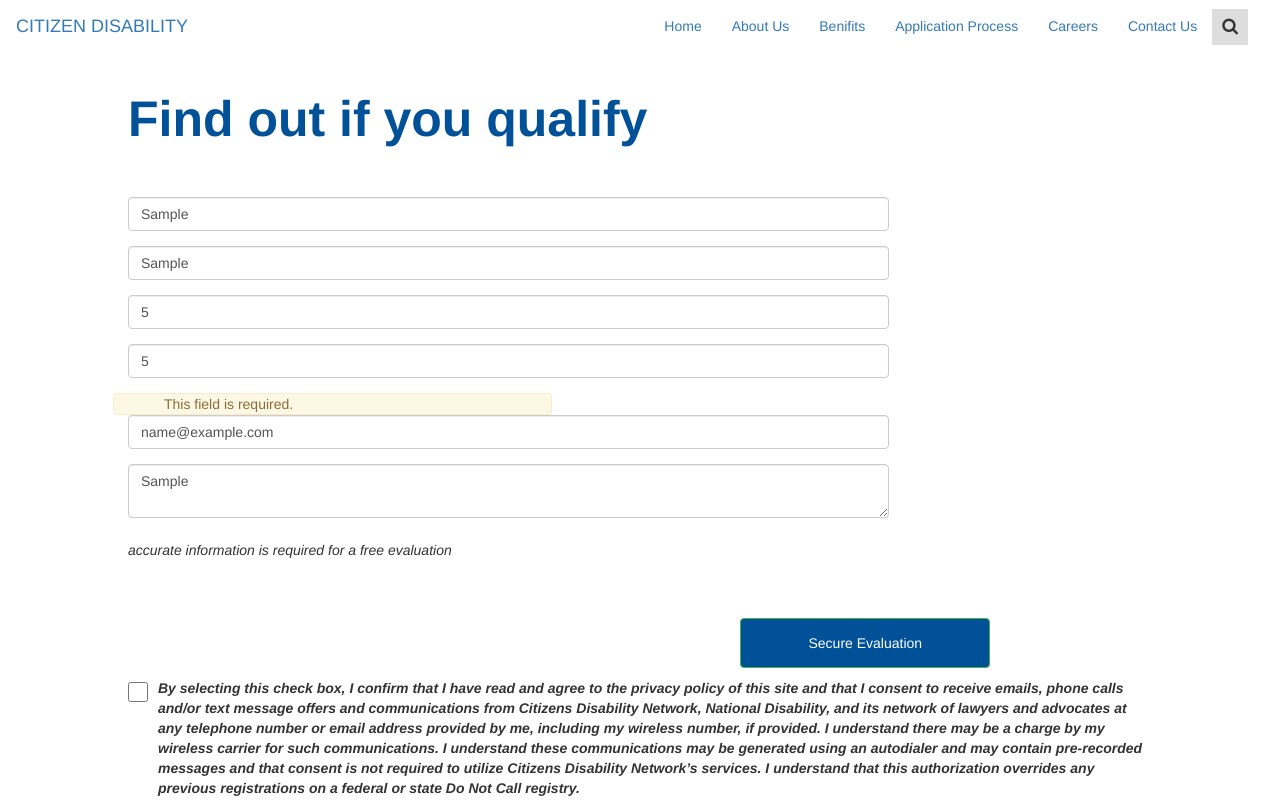
Repository: welcome0605/Embed-html-integrate-with-API
Page: Home1.html
The author's editor kept a copy of each file at every save. The page is drawn from the files as they stood at one save, then again after the next save.
The browser window is 1280 px wide. The pictures show the whole page.
Empty fields were first filled with sample values (such as "Sample", 5 or name@example.com).
After loading, the first visible `input.btn_sub` was clicked once.

Above is the page before, as saved 2019-05-04 06:48:31.

### Home1.html
<!DOCTYPE html>
<html lang="en">
<head>
  <title>CITIZEN DISABILITY</title>
  <meta charset="utf-8">
  <meta name="viewport" content="width=device-width, initial-scale=1">
  <link rel="stylesheet" href="https://maxcdn.bootstrapcdn.com/bootstrap/3.4.0/css/bootstrap.min.css">
  <script src="https://ajax.googleapis.com/ajax/libs/jquery/3.3.1/jquery.min.js"></script>
  <script src="https://maxcdn.bootstrapcdn.com/bootstrap/3.4.0/js/bootstrap.min.js"></script>
  <link rel = "stylesheet" type = "text/css" href = "./css/base1.css" />
  <link rel="stylesheet" href="https://cdnjs.cloudflare.com/ajax/libs/font-awesome/4.7.0/css/font-awesome.min.css">
  <script type="text/javascript">
    var apiUrl = "";
    // console.log( localStorage.getItem("dqq"));
    flagCount = 0;
    flag = true;
    var firstname, lastname, zip, ph1, age, email;
    var ip="";
    function firstNameChange() {
        firstname = document.getElementById('firstName').value;
        validCount = firstname.length;
        // console.log(validCount);
        if(validCount == 0) {
            $('.alert_req1').css("display","block");
            flag = true;
        }
        else {
            $('.alert_req1').css("display","none");
            flag = false;
        }
    }

    function lastNameChange() {
        lastname = document.getElementById('lastName').value;
        validCount = lastname.length;
        // console.log(validCount);
        if(validCount == 0) {
            $('.alert_req2').css("display","block");
            flag = true;
        }
        else {
            $('.alert_req2').css("display","none");
            flag = false;
        }
    }

    function zipNameChange() {
        zip = document.getElementById('zipName').value;
        validCount = zip.length;
        // console.log(validCount);
        if(validCount == 0 || validCount > 5) {
            $('.alert_req6').css("display","block");
            flag = true;
        }
        else {
            $('.alert_req6').css("display","none");
            flag = false;
        }
    }

    function phoneNameChange() {
        ph1 = document.getElementById('phoneName').value;
        validCount = ph1.length;
        // console.log(validCount);
        if(validCount == 0 || validCount != 10) {
            $('.alert_req7').css("display","block");
            flag = true;
        }
        else {
            $('.alert_req7').css("display","none");
            flag = false;
        }
    }

    function emailNameChange() {
        email = document.getElementById('emailName').value;
        validCount = email.length;
        const expression = /(?!.*\.{2})^([a-z\d!#$%&'*+\-\/=?^_`{|}~\u00A0-\uD7FF\uF900-\uFDCF\uFDF0-\uFFEF]+(\.[a-z\d!#$%&'*+\-\/=?^_`{|}~\u00A0-\uD7FF\uF900-\uFDCF\uFDF0-\uFFEF]+)*|"((([ \t]*\r\n)?[ \t]+)?([\x01-\x08\x0b\x0c\x0e-\x1f\x7f\x21\x23-\x5b\x5d-\x7e\u00A0-\uD7FF\uF900-\uFDCF\uFDF0-\uFFEF]|\\[\x01-\x09\x0b\x0c\x0d-\x7f\u00A0-\uD7FF\uF900-\uFDCF\uFDF0-\uFFEF]))*(([ \t]*\r\n)?[ \t]+)?")@(([a-z\d\u00A0-\uD7FF\uF900-\uFDCF\uFDF0-\uFFEF]|[a-z\d\u00A0-\uD7FF\uF900-\uFDCF\uFDF0-\uFFEF][a-z\d\-._~\u00A0-\uD7FF\uF900-\uFDCF\uFDF0-\uFFEF]*[a-z\d\u00A0-\uD7FF\uF900-\uFDCF\uFDF0-\uFFEF])\.)+([a-z\u00A0-\uD7FF\uF900-\uFDCF\uFDF0-\uFFEF]|[a-z\u00A0-\uD7FF\uF900-\uFDCF\uFDF0-\uFFEF][a-z\d\-._~\u00A0-\uD7FF\uF900-\uFDCF\uFDF0-\uFFEF]*[a-z\u00A0-\uD7FF\uF900-\uFDCF\uFDF0-\uFFEF])\.?$/i;
        // console.log(expression.test(String(document.getElementById('emailName').value).toLowerCase()));
        if(validCount == 0 || expression.test(String(document.getElementById('emailName').value).toLowerCase()) == false) {
            $('.alert_req8').css("display","block");
            flag = true;
        }
        else {
            $('.alert_req8').css("display","none");
            flag = false;
        }
    }

    function descNameChange() {

    }

    function uuidv4() {
        return ([1e7]+-1e3+-4e3+-8e3+-1e11).replace(/[018]/g, c =>
            (c ^ crypto.getRandomValues(new Uint8Array(1))[0] & 15 >> c / 4).toString(16)
        )
    }

    function submit_to() {

        ad_querystring = window.location.search.substring(1);
        url = window.location.href.split('?')[0];
        mktrefid = uuidv4();
        var params = {}, queries, temp;
        queries = ad_querystring.split("&");
        for ( i = 0; i < queries.length; i++ ) {
            temp = queries[i].split('=');
            params[temp[0]] = temp[1];
        }


        firstNameChange();
        lastNameChange();
        zipNameChange();
        phoneNameChange();
        emailNameChange();
        // flagCount = 0;
        // if(flag = true) alert("ok");
        if(document.getElementById('f_chk').checked && flag == false) {
            // console.log(firstname, lastname, zip, ph1, email);
            // console.log("firstname : ",firstname);
            // console.log("lastname : ", lastname);
            // console.log("zipcode : ", zip);
            // console.log("ph1 : ", ph1);
            // console.log("email : ", email);
            // console.log(params);
            // console.log("url : ",url);
            // console.log("uuid : ", mktrefid);
            // console.log("describe : ", document.getElementById('descName').value);

            if(localStorage.getItem("dqq") == "") {
                apiUrl = "https://api.citizensdisability.com/op/lead";
                disdesc = document.getElementById('descName').value;
                $.getJSON('http://ipinfo.io', function(data){
                    this.ip = data.ip;
                });
                var dataTo = {
                    mktrefid: mktrefid,
                    // source: params['fsource'],
                    firstname: this.firstname,
                    lastname: this.lastname,
                    email: email,
                    disposition: "CPD",
                    disdesc: disdesc,
                    consent: "By selecting this check box, I confirm that I have read and agree to the privacy policy of this site and that I consent to receive emails, phone calls and/or text message offers and communications from Citizens Disability Network, National Disability, and its network of lawyers and advocates at any telephone number or email address provided by me, including my wireless number, if provided. I understand there may be a charge by my wireless carrier for such communications",
                    dqq: "",
                    zip: zip,
                    ph1: ph1,
                    ip: ip,
                    url: url,
                    ad_querystring: ad_querystring
                }
                $.extend(dataTo, params);
                console.log(dataTo);

            }
            else {
                apiUrl = "https://api.citizensdisability.com/lead";
            }

            // window.location.href="Home2.html";
        }
    }
  </script>

</head>
<body>

<nav class="navbar navbar-info">
  <div class="container-fluid">
    <div class="navbar-header">
      <a class="navbar-brand" href="Home.html">CITIZEN DISABILITY</a>
    </div>
    <ul class="nav navbar-nav div_right">
      <li class="active"><a href="Home.html">Home</a></li>
      <li><a href="About Us.html">About Us</a></li>
      <li><a href="Benifits.html">Benifits</a></li>
      <li><a href="Application Process.html">Application Process</a></li>
      <li><a href="Careers.html">Careers</a></li>
      <li><a href="Contact Us.html">Contact Us</a></li>
      <!-- <input type="text" placeholder="Search.." name="search"> -->
      <button type="button"><i class="fa fa-search"></i></button>
    </ul>
  </div>
</nav>

<div class="container">
  <!-- <h3>Basic Navbar Example1</h3>
  <p>A navigation bar is a navigation header that is placed at the top of the page.</p> -->
  <form method="POST">
    <!-- <div class="div_entire"> -->
      <input type="hidden" name="dqq" value="dqq">
      <input type="hidden" name="dqq" value="dqq">
      <input type="hidden" name="dqq" value="dqq">
      <input type="hidden" name="dqq" value="dqq">
      <input type="hidden" name="dqq" value="dqq">
      <input type="hidden" name="dqq" value="dqq">
      <input type="hidden" name="dqq" value="dqq">
      <input type="hidden" name="dqq" value="dqq">
      <input type="hidden" name="dqq" value="dqq">
      <input type="hidden" name="dqq" value="dqq">

      <div class="row"><h2 class="title">Find out if you qualify</h2></div>

      <div class="row second_input" >
        <div class="row form-group">
            <div class="col-md-9">
                <input type="text" class="form-control" id="firstName" placeholder="First Name" onkeyup="firstNameChange()">
            </div>
        </div>
        <div class="row alert_req1">
          <div class=" "></div>
          <div class="alert alert-warning col-md-5 alert1 ">
            This field is required.
          </div>
        </div>
      </div>


      <div class="row second_input" >
        <div class="row form-group">
            <div class="col-md-9">
                <input type="text" class="form-control" id="lastName"  placeholder="Last Name" onkeyup="lastNameChange()">
            </div>
        </div>
        <div class="row alert_req2">
          <div class=" "></div>
          <div class="alert alert-warning col-md-5 alert2">
            This field is required.
          </div>
        </div>
      </div>

      <!-- <div class="row second_input addr" >
        <div class="row form-group">
            <div class="col-md-9">
                <input type="text" class="form-control" id="addrName"  placeholder="Address"  onkeyup="addrNameChange()">
            </div>
        </div>
        <div class="row alert_req3">
            <div class=" "></div>
            <div class="alert alert-warning col-md-5 alert3">
            This field is required.
            </div>
        </div>
      </div>

      <div class="row second_input addr" >
        <div class="row form-group">
            <div class="col-md-9">
                <input type="text" class="form-control" id="cityName"  placeholder="City"  onkeyup="cityNameChange()">
            </div>
        </div>
        <div class="row alert_req4">
            <div class=" "></div>
            <div class="alert alert-warning col-md-5 alert4">
            This field is required.
            </div>
        </div>
      </div>
      <div class="row second_input addr" >
        <div class="row form-group">
            <div class="col-md-9">
                <input type="text" class="form-control" id="stateName"  placeholder="State"  onkeyup="stateNameChange()">
            </div>
        </div>
        <div class="row alert_req5">
            <div class=" "></div>
            <div class="alert alert-warning col-md-5 alert5">
            This field is required.
            </div>
        </div>
      </div> -->

      <div class="row second_input" >
        <div class="row form-group">
            <div class="col-md-9">
                <input type="number" class="form-control" id="zipName" placeholder="Zip Code"   onkeyup="zipNameChange()">
            </div>
        </div>
        <div class="row alert_req6">
            <div class=" "></div>
            <div class="alert alert-warning col-md-5 alert6">
            This field is required.
            </div>
        </div>
      </div>

      <div class="row second_input" >
        <div class="row form-group">
            <div class="col-md-9">
                <input type="number" class="form-control" id="phoneName"  placeholder="Phone"  onkeyup="phoneNameChange()">
            </div>
        </div>
        <div class="row alert_req7">
          <div class=" "></div>
          <div class="alert alert-warning col-md-5 alert7">
            This field is required.
          </div>
        </div>
      </div>

      <div class="row second_input" >
        <div class="row form-group">
            <div class="col-md-9">
                <input type="email" class="form-control" id="emailName"  placeholder="Email" onkeyup="emailNameChange()">
            </div>
        </div>
        <div class="row alert_req8">
            <div class=" "></div>
            <div class="alert alert-warning col-md-5 alert8">
            This field is required.
            </div>
        </div>
      </div>

      <div class="row second_input" >
        <div class="row form-group">
            <div class="col-md-9">
                <textarea type="text" class="form-control" id="descName" placeholder="Describe Your Disability"  onkeyup="descNameChange()"></textarea>
            </div>
        </div>
        <div class="row alert_req9">
            <div class=" "></div>
            <div class="alert alert-warning col-md-5 alert9">
            This field is required.
            </div>
        </div>
      </div>

      <div class="row second_input" >
        <h5 class="h5_italic">accurate information is required for a free evaluation</h5>
      </div>

      <div class="row">
        <div class="col-md-7"></div>
        <!-- <div class="col-md-4 btn_submit"><input type="submit" class="btn_sub btn btn-success" value="Next"></div> -->
        <div class="col-md-4 btn_submit"><input type="button" class="btn_sub btn btn-success" value="Secure Evaluation" onclick="submit_to()"></div>
      </div>
      <div class="row div_flex">
        <div><input type="checkbox" value="" id="f_chk"></div>
        <div><label class="label_italic">By selecting this check box, I confirm that I have read and agree to the privacy policy of this site and that I consent to receive emails, phone calls and/or text message offers and communications from Citizens Disability Network, National Disability, and its network of lawyers and advocates at any telephone number or email address provided by me, including my wireless number, if provided. I understand there may be a charge by my wireless carrier for such communications. I understand these communications may be generated using an autodialer and may contain pre-recorded messages and that consent is not required to utilize Citizens Disability Network’s services. I understand that this authorization overrides any previous registrations on a federal or state Do Not Call registry.</label></div>
      </div>

      <!-- <input type="submit" value="Submit"> -->
    <!-- </div> -->
  </form>
</div>

</body>
</html>

<!--
"mktrefid": "uuid",
"source": "value of fsource from querystring",
"firstname": "value entered in first name",
"lastname": "value entered in last name",
"zip": "value entered in zip zode",
"ph1": "value entered in phone",
"age": "age selected on form",
"email": "email enetered on form",
"disposition": "static value",
"wls": "Value provided by citizens",
"disdesc","Text entered from Describe Your Disability",
"consent","By selecting this checkbox .....",
"ip":"THE USER'S IP ADDRESS",
"url":"URL OF THE FORM",
"utm_campaign":"value parsed from querystring",
"utm_content":"value parsed from querystring",
"utm_source":"value parsed from querystring",
"utm_term":"value parsed from querystring",
"ad_querystring":"the querystring",
"ad_group":"value parsed from querystring",
"ad_keywords":"value parsed from querystring",
"ad_keywords_match_type":"value parsed from querystring",
"conversion_page":"value parsed from querystring",
"gclid":"value parsed from querystring",
"serp_position":"value parsed from querystring",
"oppid":"12" -->

### css/base1.css
/* body {
    font-family: 'Open Sans', sans-serif !important;
} */

navbar-default .navbar-nav>.active>a, .navbar-default .navbar-nav>.active>a:focus, .navbar-default .navbar-nav>.active>a:hover {
    background-color: #005197 !important;
    color: white;
}

.navbar-default .navbar-nav>li>a {
    color: black;
    font-size: 20px;
}

.div_right input[type=text] {
    padding: 6px;
    margin-top: 8px;
    font-size: 17px;
    border: none;
}

.div_right button {
    float: right;
    padding: 6px 10px;
    margin-top: 8px;
    margin-right: 16px;
    background: #ddd;
    font-size: 17px;
    border: none;
    cursor: pointer;
}

.div_right {
    float: right;
}

.radio_buttons {
    /* display: inline-flex; */
    margin-bottom:30px;
}

.div_label {
    font-size: 20px;
    /* margin-right: 500px; */
}

.btn-group-toggle {
    display: inline-flex;
}

.radio_q {
    width: 500px;
    margin-right: 20px;
    width: 100px;
    height: 40px;
}

/* .radio_q {
    background: #D2D3D5 !important;
}

.radio_q:active {
    background: #85898C !important;
}

.radio_q::after {
    background: #85898C !important;
} */

.title {
    color: #005197;
    font-weight: 700;
    margin-bottom: 50px;
    font-size: 50px;
}

.container {
    margin: auto 10% auto 10% !important;
    width: 80%;
}

.alert {
    padding: 0 0 0 50px;
    margin-bottom: 0;
}

.btn_sub {
    margin-top: 50px;
    background-color:  #005197 !important;
    width: 250px;
    height: 50px;
}

.alert_req1, .alert_req2, .alert_req3, .alert_req4, .alert_req5, .alert_req6, .alert_req7, .alert_req8, .alert_req9 {
    display: none;
}

.h5_italic {
    font-style: italic;
}

.label_italic {
    /* margin-top: 50px; */
    font-style: italic;
}

input[type='checkbox'] {
    width: 20px;
    height: 20px;
    margin-right: 10px;
}

.div_flex {
    margin-top:10px;
    display: flex;
}

.addr {
    display: none;
}

After the next save:
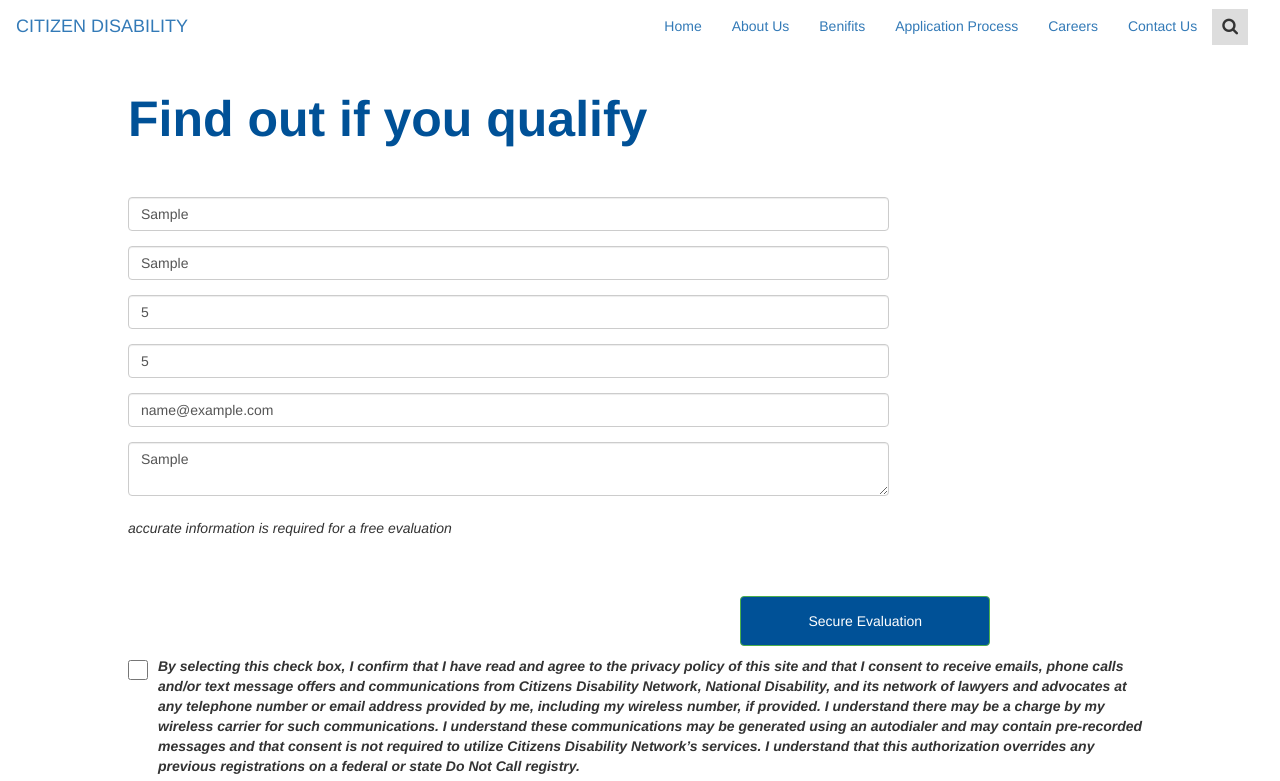
Console error: SyntaxError: Unexpected token ')'
Saved 66 s later.
--- a/Home1.html
+++ b/Home1.html
@@ -153,7 +153,7 @@
                 }
                 $.extend(dataTo, params);
                 console.log(dataTo);
-
+                $.post(apiUrl, dataTo, function(dataTo, status))
             }
             else {
                 apiUrl = "https://api.citizensdisability.com/lead";

After the 2 saves that followed:
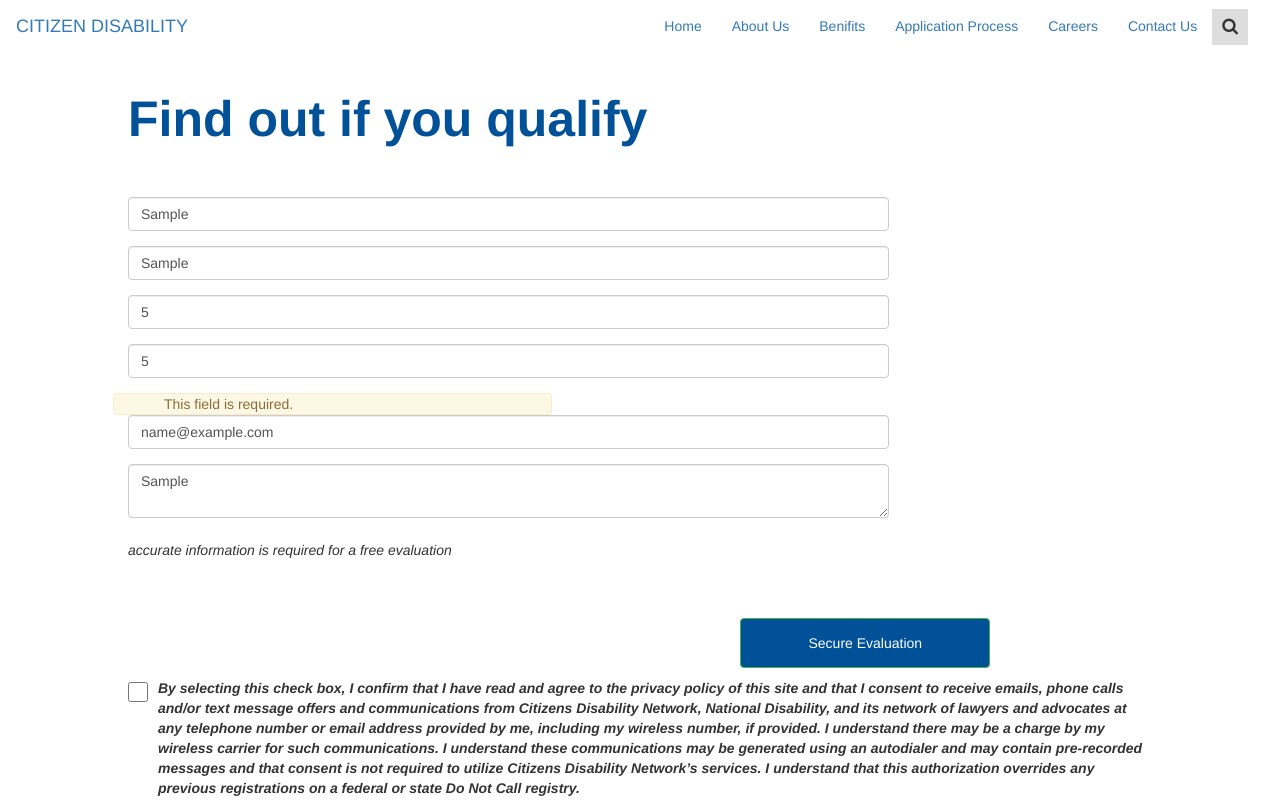
The error is gone.
The 2 saves are shown as one change because 1 left the picture as it was.
The last was saved 19 s later.
--- a/Home1.html
+++ b/Home1.html
@@ -153,7 +153,9 @@
                 }
                 $.extend(dataTo, params);
                 console.log(dataTo);
-                $.post(apiUrl, dataTo, function(dataTo, status))
+                $.post(apiUrl, dataTo, function(dataTo, status) {
+
+                });
             }
             else {
                 apiUrl = "https://api.citizensdisability.com/lead";
